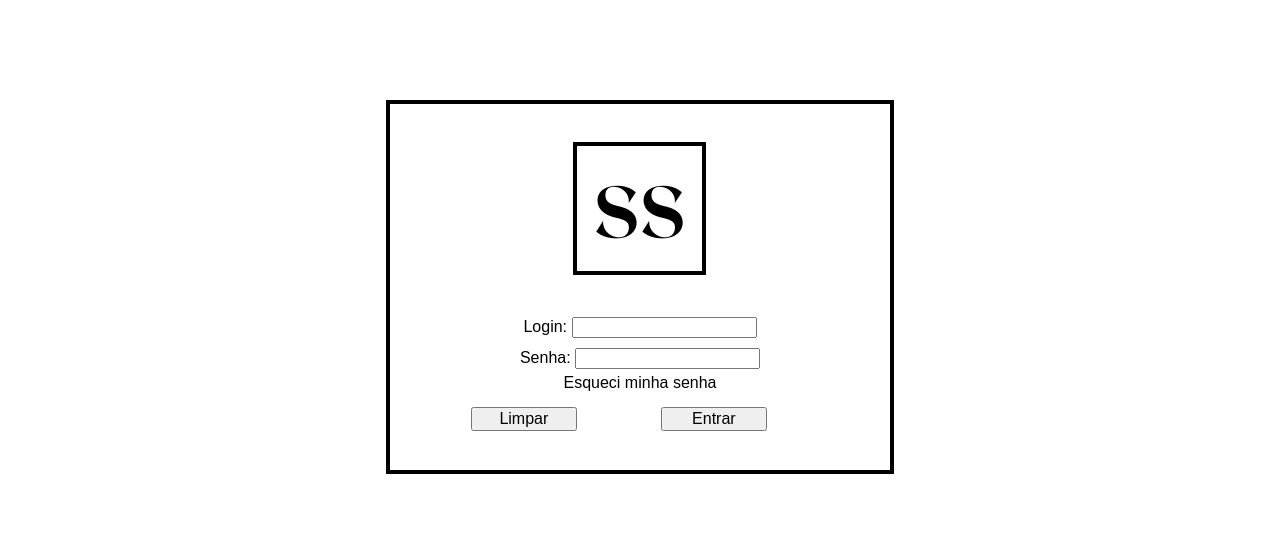
Repository: FaculdadeSenaiJoinville/PiMichelBaade
Page: http://localhost/ProjetoIndividual/
An editor plug-in stored every save of this project. The page is shown before and after the next save, followed by the edit.
The browser window is 1280 px wide. The pictures show the whole page.
The page is served by Tomcat 9.

Above is the page before, as saved 2021-08-11 00:06:20.

After the next save:
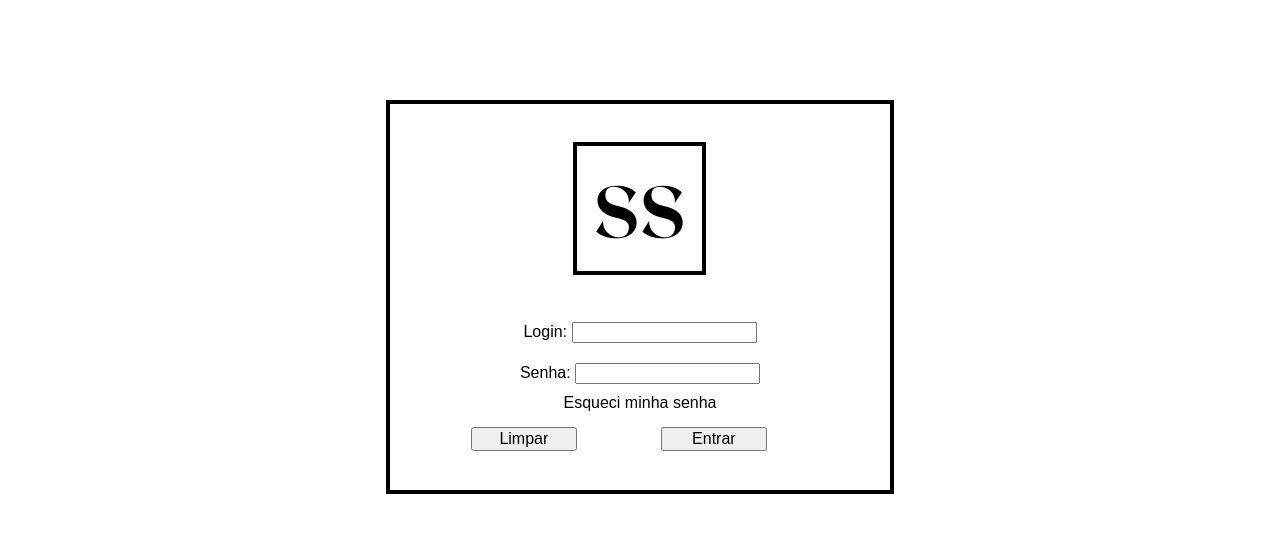
Saved 13 s later.
--- a/ProjetoIndividual/WebContent/css/site.css
+++ b/ProjetoIndividual/WebContent/css/site.css
@@ -37,5 +37,5 @@ button {
 }
 
 input{
-	margin: 5px auto;
+	margin: 10px auto;
 }
